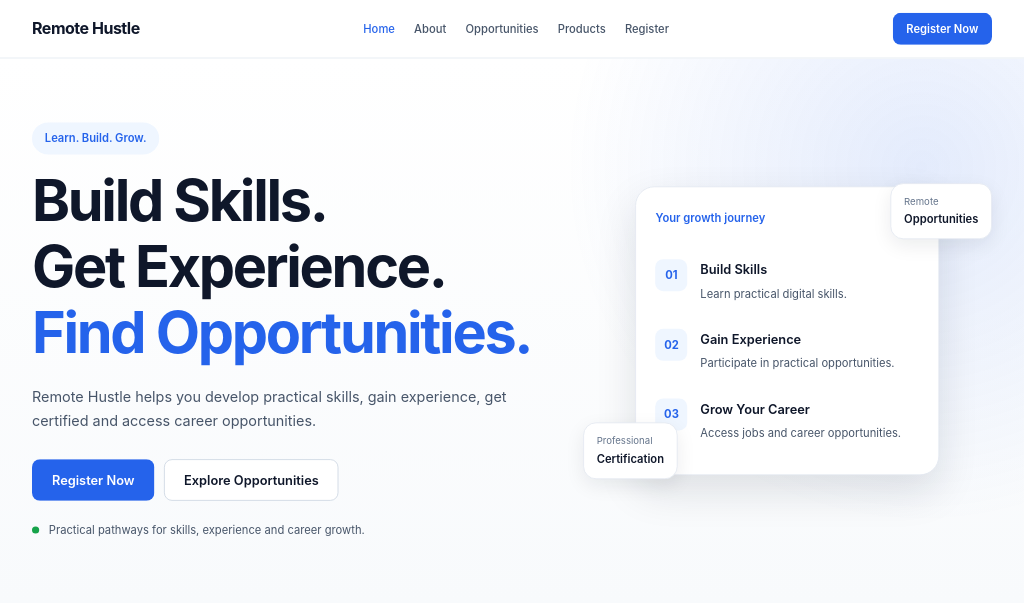
Repository: Lovethrech/remote-hustle
Page: /
These files come from the project's save history. The page is drawn as it stood at one moment and after the next save; the edit follows.
The browser window is 1280 px wide. The pictures show the whole page, at 80% of full size.
The project was rebuilt for these pictures with package versions that can differ from the ones it lists, and the page was loaded fresh each time. The framework's server and built-in components were replaced by stand-ins that run in the browser. Also part of the build but not shown: nuxt.config.ts, app/components/atoms/BaseInput.vue, app/components/atoms/BaseSelect.vue, app/components/molecules/OpportunityCard.vue, app/components/molecules/PageHero.vue, app/components/molecules/ProductCard.vue.

Above is the page before, as saved 2026-08-25 20:18:25.

After the next save:
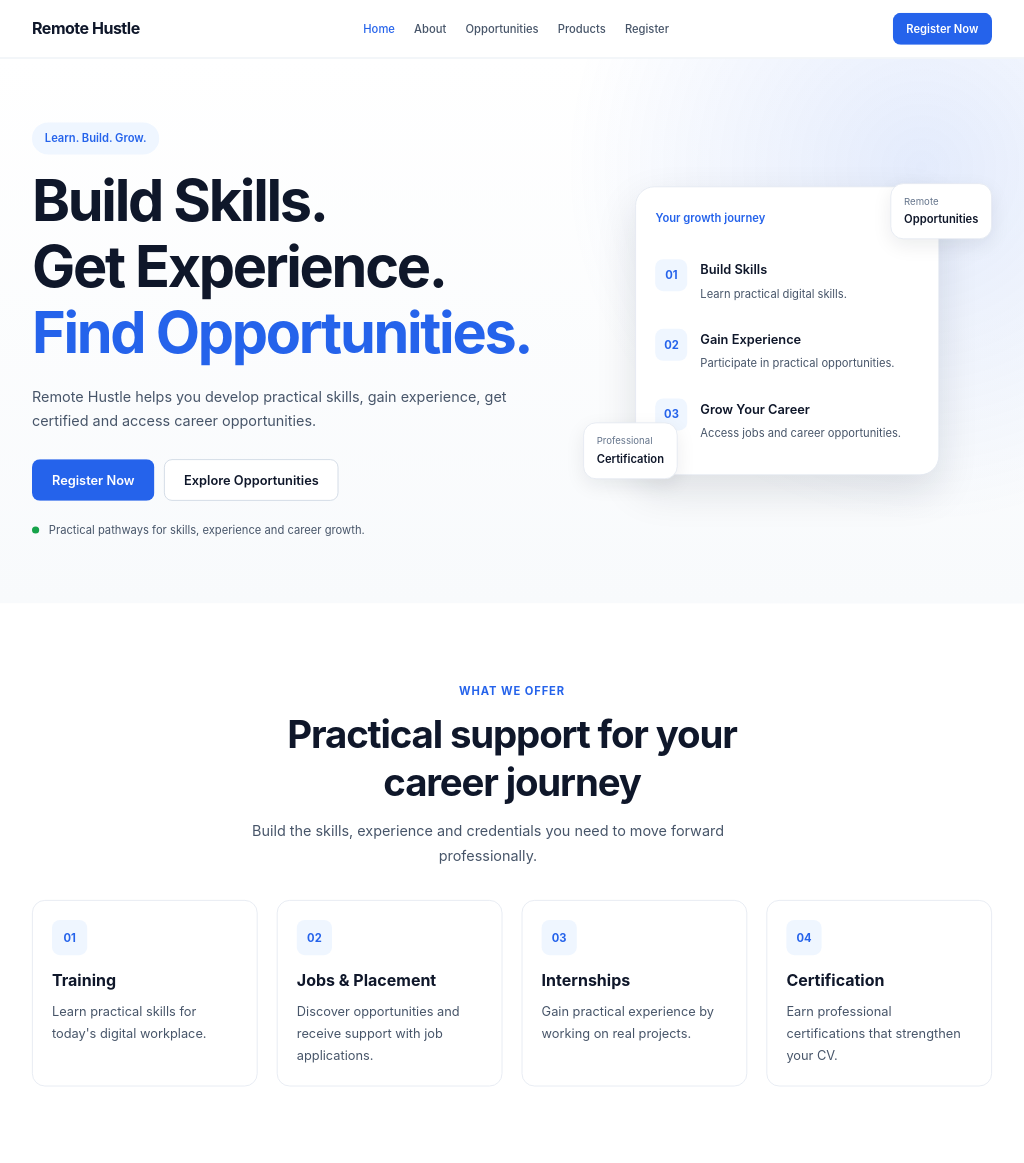
Saved 36 s later.
--- a/app/pages/index.vue
+++ b/app/pages/index.vue
@@ -1,5 +1,6 @@
 <template>
   <main>
     <OrganismsHeroSection />
+    <OfferSection />
   </main>
 </template>
